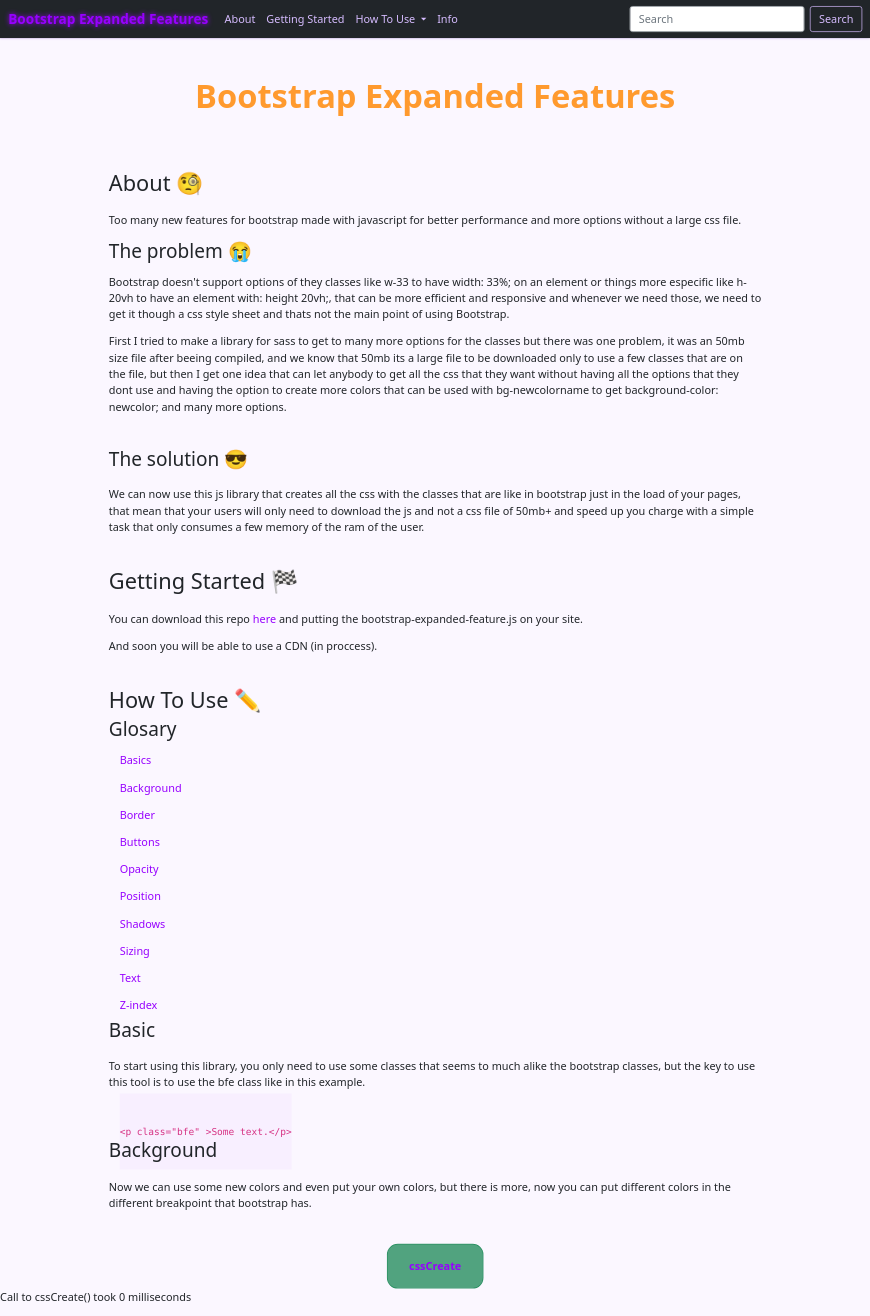
Repository: LynxPardelle/bootstrap-expanded-features
Page: index.html
The author's editor kept a copy of each file at every save. The page is drawn from the files as they stood at one save, then again after the next save.
The browser window is 1280 px wide. The pictures show the whole page, at 68% of full size.

Above is the page before, as saved 2022-01-02 05:27:42.

After the next save:
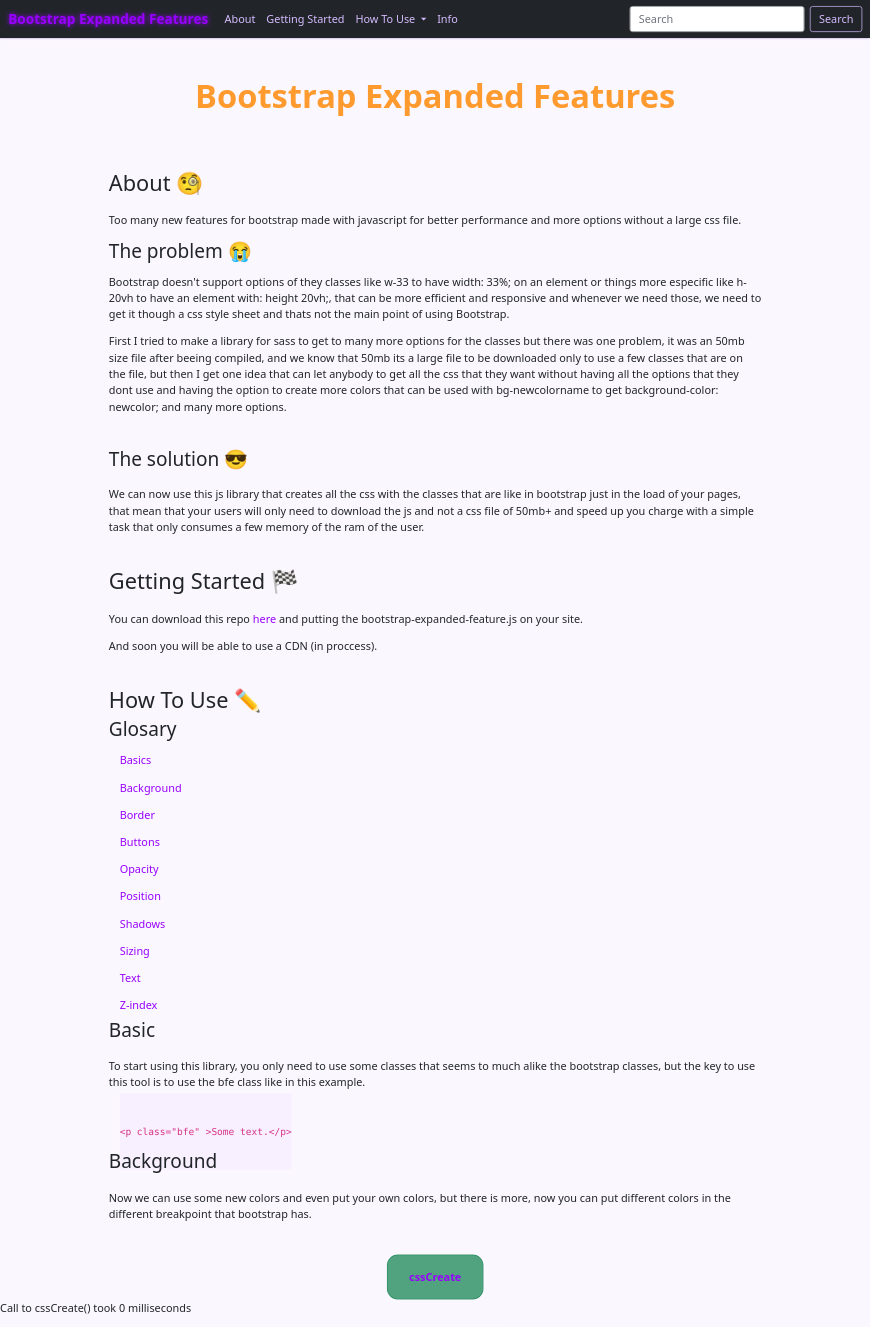
Saved 21 s later.
--- a/index.html
+++ b/index.html
@@ -242,13 +242,12 @@
               To start using this library, you only need to use some classes
               that seems to much alike the bootstrap classes, but the key to use
               this tool is to use the bfe class like in this example.
-
-              <br />
-
-            </p>
-            <code class="py-5 m-3 bef-bg-futurePop__OPA__0_03">
-              &#60;p class="bfe" &#62;Some text.&#60;&#47;p&#62;
-            </code>
+            </p>
+            <p>
+              <code class="py-5 m-3 bef-bg-futurePop__OPA__0_03">
+                &#60;p class="bfe" &#62;Some text.&#60;&#47;p&#62;
+              </code>
+            </p>
           </article>
           <article>
             <a id="backgroundHTU"></a>
